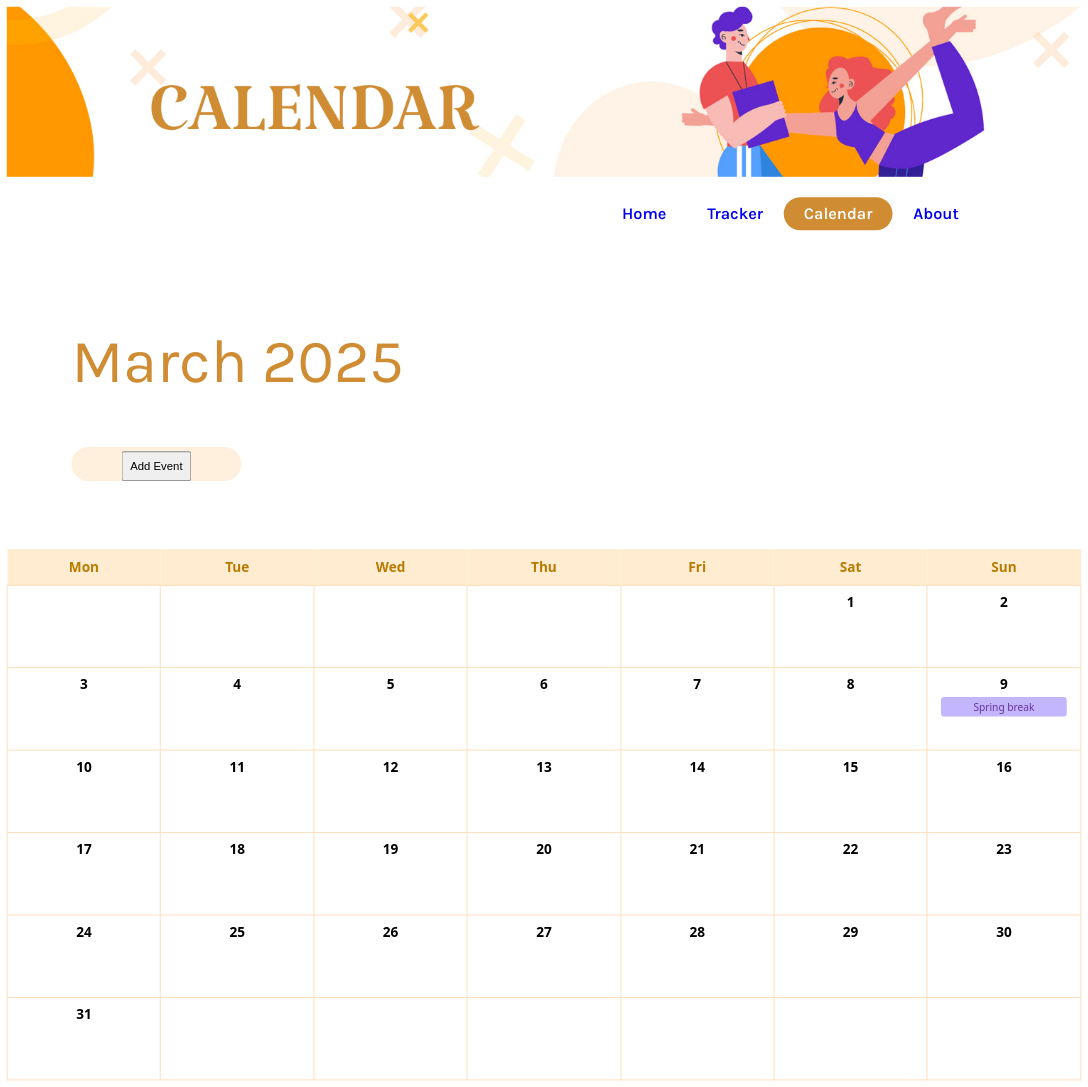
Repository: SandyLy453/habit-tracker
Page: http://localhost/calendar?month=1&year=2025
These files come from the project's save history. The page is drawn as it stood at one moment and after the next save; the edit follows.
The browser window is 1280 px wide. The pictures show the whole page, at 85% of full size.
Some web fonts or font styles are not loaded; a fallback is used. The page is served by the project's Node server (server.js).

Above is the page before, as saved 2025-03-16 17:36:36.

### views/pages/calendar.ejs
<!DOCTYPE html>
<html lang="en">
<head>
  <meta charset="UTF-8">
  <meta name="viewport" content="width=device-width, initial-scale=1.0">
  <link rel="stylesheet" href="/styles.css">
  <link rel="preconnect" href="https://fonts.googleapis.com">
  <link rel="preconnect" href="https://fonts.gstatic.com" crossorigin>
  <link href="https://fonts.googleapis.com/css2?family=Katibeh&display=swap" rel="stylesheet">
</head>
<body>
  <%- include('../partials/header', { activePage: 'calendar' }) %>

  <div class="calendar-container">
    <div class="calendar-nav">
      <h2 id="month-year">
        <%= new Date(currentYear, currentMonth).toLocaleString('default', { month: 'long', year: 'numeric' }) %>
      </h2>
      <div class="calendar-add">
        <button id="add-event-btn">Add Event</button>
      </div>
    </div>
    </div>

    <table class="calendar-table">
      <thead>
        <tr>
          <th>Mon</th>
          <th>Tue</th>
          <th>Wed</th>
          <th>Thu</th>
          <th>Fri</th>
          <th>Sat</th>
          <th>Sun</th>
        </tr>
      </thead>
      <tbody>
        <%
          const firstDay = new Date(currentYear, currentMonth, 1);
          const firstDayIndex = (firstDay.getDay() + 6) % 7; // Adjust so week starts on Monday
          const daysInMonth = new Date(currentYear, currentMonth + 1, 0).getDate();
          let dateCount = 1;

          for (let i = 0; i < 6; i++) { %>
          <tr>
            <% for (let j = 0; j < 7; j++) { %>
              <% if ((i === 0 && j < firstDayIndex) || dateCount > daysInMonth) { %>
                <td></td>
              <% } else { %>
                <!-- Add data-date attribute so we know which day this cell represents -->
                <td class="calendar-day" data-date="<%= dateCount %>">
                  <span class="date-number"><%= dateCount %></span>
                  <% if (currentMonth === 2 && dateCount === 9) { %>
                    <div class="event">Spring break</div>
                  <% } %>
                </td>
                <% dateCount++; %>
              <% } %>
            <% } %>
          </tr>
        <% } %>
      </tbody>
    </table>

  <!-- Client-side script for adding events -->
  <script>
    document.getElementById('add-event-btn').addEventListener('click', function() {
      // Prompt for the day number for the event
      let day = prompt("Enter the day number for the event:");
      if (!day) return;
      day = parseInt(day, 10);
      if (isNaN(day)) {
        alert("Invalid day number!");
        return;
      }

      // Prompt for the event description
      let eventText = prompt("Enter event description:");
      if (!eventText) return;

      // Find the calendar cell with the matching data-date attribute
      let cells = document.querySelectorAll('.calendar-day[data-date]');
      let cellFound = false;
      cells.forEach(cell => {
        if (parseInt(cell.getAttribute('data-date'), 10) === day) {
          cellFound = true;
          // Create a new event div
          const eventDiv = document.createElement('div');
          eventDiv.className = 'event';
          eventDiv.textContent = eventText;
          cell.appendChild(eventDiv);
        }
      });

      if (!cellFound) {
        alert("No cell found for day " + day);
      }
    });
  </script>
</body>
</html>

### views/partials/header.ejs
<!DOCTYPE html>
<html lang="en">
<head>
    <meta charset="UTF-8">
    <meta name="viewport" content="width=device-width, initial-scale=1.0">
    <title>
        <%= typeof title != 'undefined' ? title : 'Page Title' %>
    </title>
    <link rel="stylesheet" href="/styles.css">
    <link rel="preconnect" href="https://fonts.googleapis.com">
    <link rel="preconnect" href="https://fonts.gstatic.com" crossorigin>
    <link href="https://fonts.googleapis.com/css2?family=Karla:ital,wght@0,200..800;1,200..800&family=Roboto:ital,wght@0,100..900;1,100..900&display=swap" rel="stylesheet">
</head>
<body>
    <header>
        <div class="header_container">
            <img src="<%= activePage === 'home' ? '/images/home_banner.png' : activePage === 'tracker' ? '/images/tracker_banner.png' : activePage === 'calendar' ? '/images/calendar_banner.png' : '/images/about_banner.png' %>" alt="Banner Images"/>
            <ul class="header">
                <li><a href="/" class="header_items <%= activePage === 'home' ? 'highlight' : '' %>">Home</a></li>
                <li><a href="/tracker" class="header_items <%= activePage === 'tracker' ? 'highlight' : '' %>">Tracker</a></li>
                <li><a href="/calendar" class="header_items <%= activePage === 'calendar' ? 'highlight' : '' %>">Calendar</a></li>
                <li><a href="/about" class="header_items <%= activePage === 'about' ? 'highlight' : '' %>">About</a></li>
              </ul>
        </div>
    </header>
</body>
</html>

### server.js
import pg from 'pg';
import express from 'express';
import bodyParser from 'body-parser';
import dotenv from 'dotenv';
import path from 'path';
import { fileURLToPath } from 'url';

const __filename = fileURLToPath(import.meta.url);
const __dirname = path.dirname(__filename);

dotenv.config();

// Database setup
const db = new pg.Client({
  user: process.env.DB_USER,
  host: process.env.DB_HOST,
  database: process.env.DB_DATABASE,
  password: process.env.DB_PASSWORD,
  port: process.env.DB_PORT,
});

db.connect()
  .then(() => {
    console.log('Connected to the database');
  })
  .catch(err => {
    console.error('Database connection error:', err.stack);
});

const app = express();
const port = 3000;

app.set('views', path.join(__dirname, 'views'));

// Middleware
app.use(bodyParser.urlencoded({ extended: true }));
app.use(express.static('public'));  // Serve static files from the public folder
app.set('view engine', 'ejs');

// Routes
app.get('/', (req, res) => {
  res.render('pages/home', {
    title: "Personal Habit Tracker",
    activePage: 'home',
    paragraph: "Track your progress today for better habits."
  });
});

app.get('/tracker', (req, res) => {
  res.render('pages/tracker', {
    title: "My Habits Tracker",
    activePage: 'tracker',
    paragraph: " "
  });
});

app.get('/calendar', (req, res) => {
  const currentDate = new Date();
  res.render('pages/calendar', {
    title: "Calendar",
    activePage: 'calendar',
    currentMonth: currentDate.getMonth(),
    currentYear: currentDate.getFullYear(),
  });
});

app.get('/about', (req, res) => {
  res.render('pages/about', {
    title: "About",
    activePage: 'about',
  });
});

app.listen(port, () => {
  console.log(`App listening at port ${port}`);
});

### public/styles.css
:root {
    --header-font: "Karla", sans-serif;
    --heading-font: "Lora", serif;

    --font-styles-bold: 600;
    --font-styles-regular: 400;
    --header-large: 1.2rem;
    --page-heading: 2.5rem;
    --page-details: 1.1rem;

    --card-status-inProgress: #CF8C33;
    --card-paragraph: #4A4A4A;
    --card-status-done: #03a903;

    --schedules-reading: #FFCF90;
    --schedules-running: #B2ABEA;
    --schedules-drawing: #E0F1FF;
    --schedules-meditation: #FFDDE9;
    --event-backgroundColor: #FFF7EC;

    --numDays: 5;
    --numHours: 10;
    --timeHeight: 60px;
}

body {
    font-family: Arial, sans-serif;
    text-align: center;
}

input, button {
    margin: 5px;
    padding: 8px;
}

/* Header */
.header_container img {
    margin: 0;
    padding: 0;
    display: block;
    width: 100%;
    height: 100%;
    object-fit: cover;
}

.header {
    display: flex;
    flex-direction: row;
    justify-content:flex-end;
    list-style: none;
    margin: 2rem 120px;
    font-family: var(--header-font);
    font-weight: var(--font-styles-bold);
    font-size: var(--header-large);
}

.header_items {
    text-decoration: none;
    padding: .5rem 1.5rem;
    border-radius: 20px;
}

.header_items.highlight {
    color: white;
    background-color: var(--card-status-inProgress);
}

/* Home Page */
.heading_section {
    text-align: left;
    margin: 6rem 120px 4rem 120px;
}

.heading_section h1 {
    font-family: var(--heading-font);
    font-weight: var(--font-styles-regular);
    font-size: var(--page-heading);
    margin-bottom: 0;
}

.heading_section p {
    font-size: var(--page-details);
    margin-top: .5rem;
    font-style: italic;
}

.main_content {
    display: flex;
    flex-direction: row;
    margin: 0 120px 7rem 120px;
    gap: 2rem;
    text-align: left;
    align-items: flex-start;
}

/* Home Page Cards */

.cards_section {
    width: 50%;
    display: flex;
    flex-direction: column;
    justify-content: flex-start;
    padding: 0;
}

.cards_section h2,
.schedules_section h2 {
    font-family: var(--heading-font);
}

.cards {
    display: flex;
    flex-direction: row;
    flex-wrap: wrap;
    gap: 20px;
}

.card {
    position: relative;
    background-color: white;
    border-radius: 8px;
    border: 2px solid #D8D8D8;
    padding: 15px;
    width: 240px;
    height: 180px;
    text-align: left;
    overflow: hidden;
}

.card img {
    width: 100%;
    height: 100px;
    object-fit: cover;
    position: absolute;
    overflow: hidden;
    top: 0;
    left: 0;
    right: 0;
}

.habit {
    position: relative;
    display: flex;
    flex-direction: row;
    margin-bottom: 15px;
    justify-content: space-between;
    top: 6.5rem;
}

.habit h3 {
    margin: 0;
    font-size: 16px;
}

.habit p {
    margin: 5px 0;
    font-size: 14px;
    color: var(--card-paragraph);
}

.status {
    font-weight: bold;
}

.status.in-progress {
    color: var(--card-status-inProgress);
}

.status.done {
    color: var(--card-status-done);
}

/* Calendar */

.schedules_section {
    width: 50%;
    display: flex;
    flex-direction: column;
}

.calendar {
    display: grid;
    gap: 10px;
    grid-template-columns: auto 1fr;
}

.timeline {
    display: grid;
    grid-template-rows: repeat(var(--numHours), var(--timeHeight));
}

.days {
    display: grid;
    grid-column: 2;
    gap: 5px;
    grid-template-columns: repeat(auto-fit, minmax(100px, 1fr));
}

.events {
    display: grid;
    grid-template-rows: repeat(var(--numHours), var(--timeHeight));
    border-radius: 5px;
    background: var(--event-backgroundColor);
}

.start-10 {
    grid-row-start: 2;
}

.start-12 {
    grid-row-start: 3;
}

.start-1 {
    grid-row-start: 5;
}

.start-2 {
    grid-row-start: 6;
}

.end-12 {
    grid-row-end: 4;
}

.end-1 {
    grid-row-end: 5;
}

.end-3 {
    grid-row-end: 7;
}

.end-4 {
    grid-row-end: 8;
}

.end-5 {
    grid-row-end: 9;
}

.title {
    font-weight: 600;
    margin-bottom: 0.1rem;
}

.event {
    border: 1px solid var(--eventBorderColor);
    border-radius: 5px;
    padding: 0.5rem;
    margin: 0 0.5rem;
    background: white;
}

.events p {
    font-size: 14px;
}

.space,
.date {
    height: 60px
}

body {
    font-family: system-ui, sans-serif;
}

.running {
    background: var(--schedules-running);
}

.drawing {
    background: var(--schedules-drawing);
}

.meditation {
    background: var(--schedules-meditation);
}

.reading {
    background: var(--schedules-reading);
}

.date {
    display: flex;
    gap: 1em;
}

.date-day {
    display: inline;
    font-size: var(--page-details);
}

.calendar-container {
    font-family: Arial, sans-serif;
    margin: 40px auto;
    max-width: 90vw;
    padding: 20px;
}

.calendar-header {
    background-color: #ffe5b4;
    padding: 20px;
    border-radius: 12px 12px 0 0;
    text-align: center;
    color: #c17a00;
}

.calendar-nav {
    text-align: center;
    margin: 20px;
}

.calendar-table {
    width: 100%;
    border-collapse: collapse;
    border-radius: 30px;
}

.calendar-table th {
    background-color: #ffecd1;
    color: #b87b00;
    padding: 10px;
}

.calendar-table td {
    border: 1px solid #ffdab3;
    width: calc(90vw/7);
    height: 80px;
    vertical-align: top;
    padding: 8px;
}

.date-number {
    font-weight: bold;
    text-align: right;
    width: 100%;
}

.event {
    background-color: #c4b5ff;
    color: #663399;
    font-size: 0.75rem;
    padding: 3px 6px;
    border-radius: 4px;
    margin-top: 4px;
}

#month-year {
    color: #CF8C33;
    font-family: var(--header-font);
    font-size: 72px;
    font-weight: 400;
    text-align: left;
}

.calendar-add {
    border-radius: 20px;
    background: rgba(255, 207, 144, 0.31);
    width: 200px;
    height: 40px;
}

After the next save:
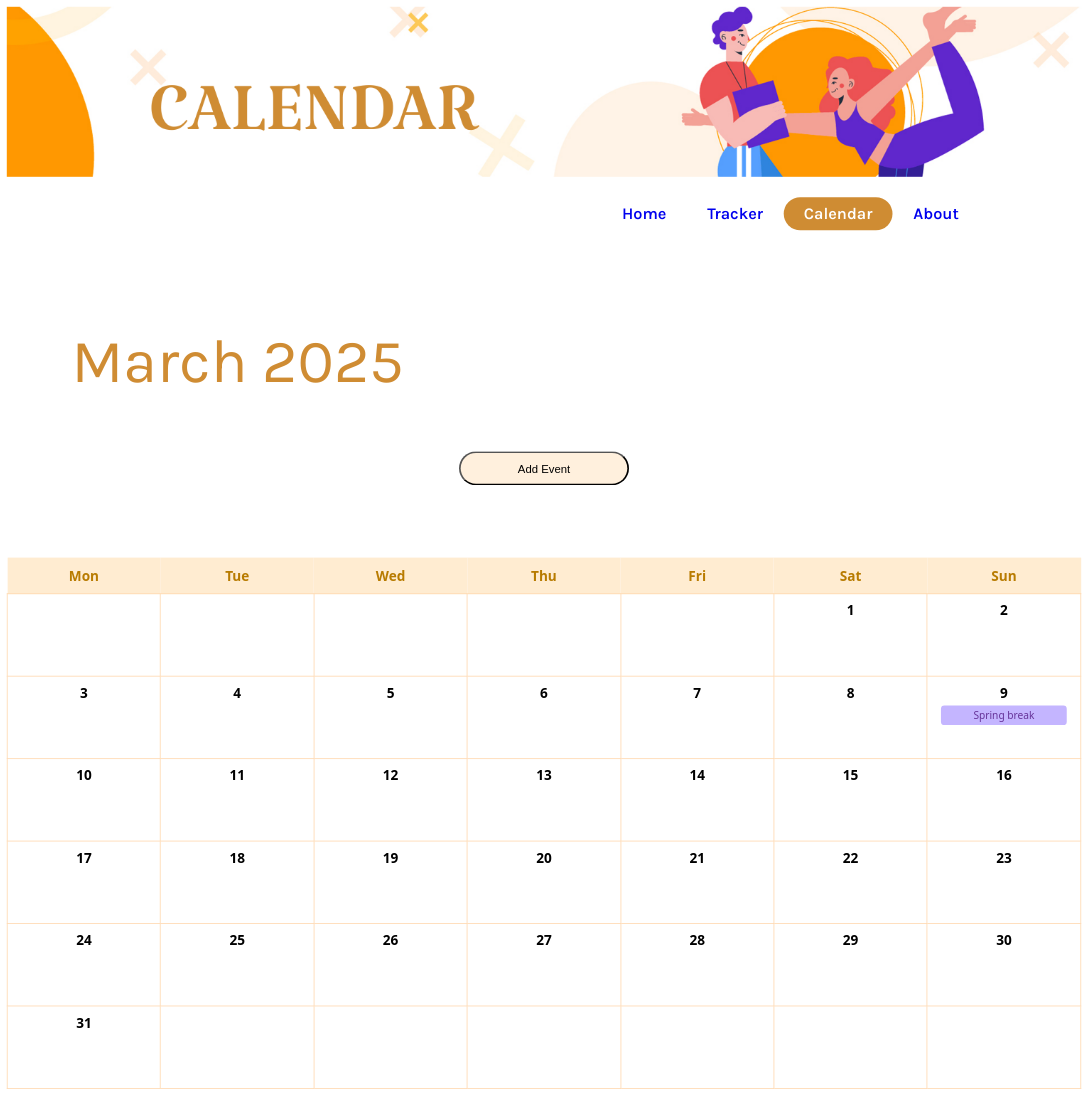
Saved 14 s later.
--- a/public/styles.css
+++ b/public/styles.css
@@ -354,7 +354,7 @@ body {
     text-align: left;
 }
 
-.calendar-add {
+#add-event-btn {
     border-radius: 20px;
     background: rgba(255, 207, 144, 0.31);
     width: 200px;
